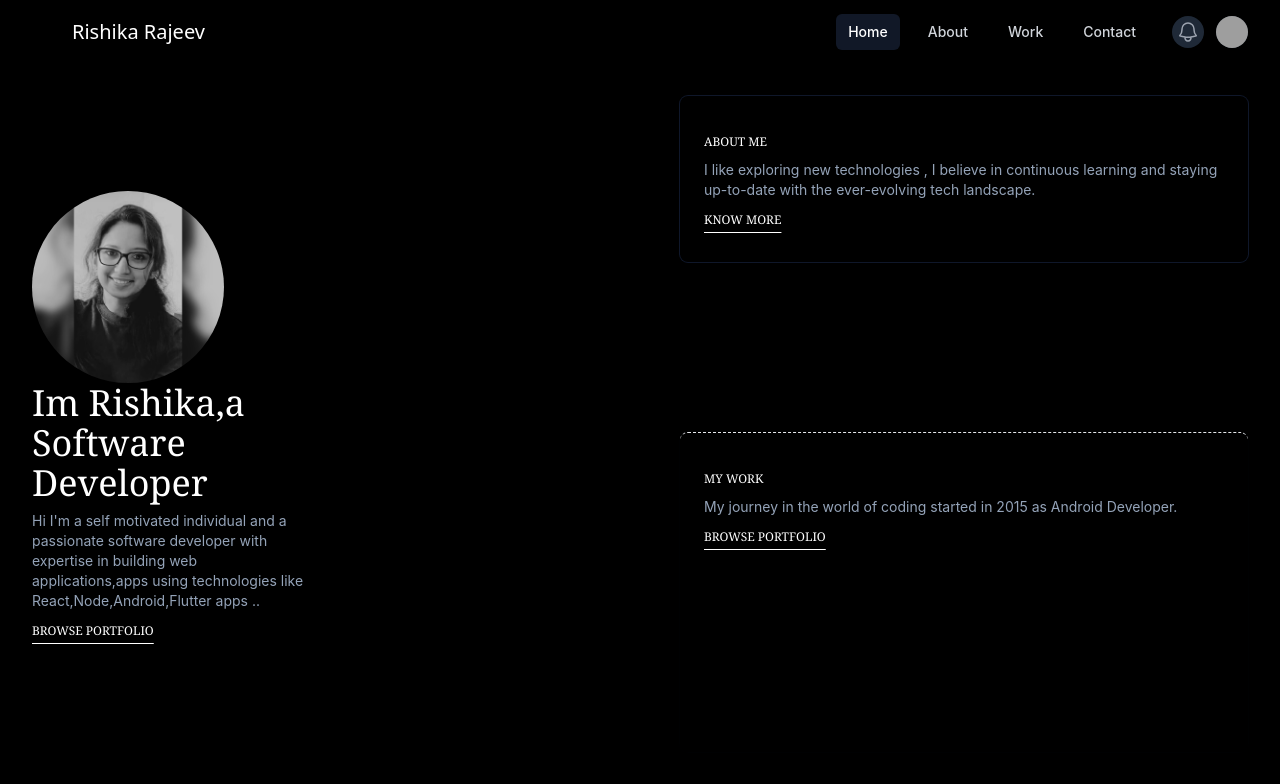
Repository: rishikarajeev/portfolio_rishika
Page: /
The author's editor kept a copy of each file at every save. The page is drawn from the files as they stood at one save, then again after the next save.
The browser window is 1280 px wide. The pictures show the whole page.
Pictures or frames that could not be fetched are drawn as grey boxes. The project was rebuilt for these pictures with package versions that can differ from the ones it lists, and the page was loaded fresh each time. Also part of the build but not shown: src/Pages/About.jsx, src/Pages/Contact.jsx, src/Components/Work.jsx, src/Components/Project.jsx, src/Pages/Mywork.jsx.

Above is the page before, as saved 2023-10-23 18:36:05.

After the next save:
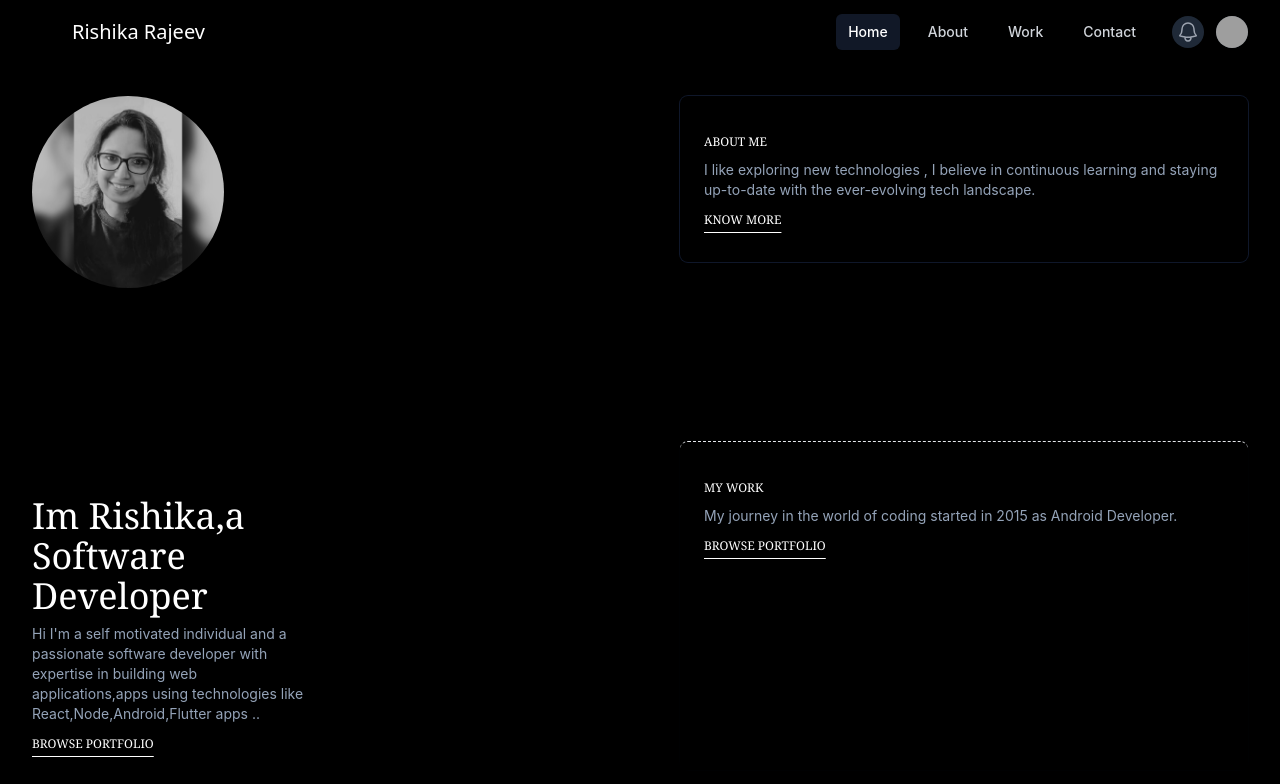
Saved 25 s later.
--- a/src/Pages/Home.jsx
+++ b/src/Pages/Home.jsx
@@ -11,7 +11,7 @@ function Home() {
     <div class="grid grid-cols-1 md:grid-cols-2 h-screen dark md:bg-black gap-4  ">
       <div class="grid grid-cols-2 justify-center items-center m-8 ">
         <div class="dark:bg-black rounded-lg   mb-4 shadow-xl  ">
-          <div class="">
+          <div class=" md:grid md:grid-rows-2 md:gap-4">
             <div class="">
               <img
                 class="h-48 w-full object-cover md:h-full md:w-48 rounded-full bg-gray-800 text-sm focus:outline-none focus:ring-2"
